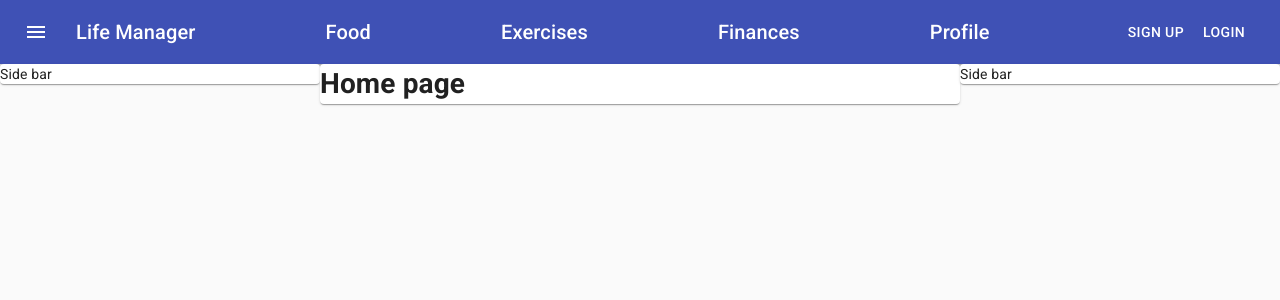
Repository: DaNiels89/lifemanagerreact
Page: /
These files come from the project's save history. The page is drawn as it stood at one moment and after the next save; the edit follows.
The browser window is 1280 px wide. The pictures show the whole page.
The project was rebuilt for these pictures with package versions that can differ from the ones it lists, and the page was loaded fresh each time. Also part of the build but not shown: src/assets/components/2_food/Recipe.js, src/assets/css/Food.css, src/assets/components/2_food/Food.js, src/assets/components/3_exercises/Exercise.js, src/assets/components/4_finances/Finance.js, src/assets/css/UserDetails.css, src/assets/components/5_profile/CountrySelect.js, src/assets/components/5_profile/ErrorMessage.js and 1 more.

Above is the page before, as saved 2020-03-18 15:52:50.

### public/index.html
<!DOCTYPE html>
<html lang="en">
  <head>
    <meta charset="utf-8" />
    <link rel="icon" href="%PUBLIC_URL%/favicon.ico" />
    <meta name="viewport" content="width=device-width, initial-scale=1" />
    <meta name="theme-color" content="#000000" />
    <meta
      name="description"
      content="Web site created using create-react-app"
    />
    <link rel="apple-touch-icon" href="%PUBLIC_URL%/logo192.png" />
    <link rel="manifest" href="%PUBLIC_URL%/manifest.json" />
    <title>Life Manager</title>
  </head>
  <body>
    <noscript>You need to enable JavaScript to run this app.</noscript>
    <div id="root"></div>
  </body>
</html>

### src/App.js
import React from 'react';
import Header from './assets/components/0_layout/Header';
// import UserDetails from './assets/components/UserDetails';

import CssBaseline from '@material-ui/core/CssBaseline';
import 'typeface-roboto';
import { makeStyles } from '@material-ui/core/styles';
import './assets/css/App.css';

const useStyles = makeStyles({
  main: {
    width: '100%'
  }
});

export default function App() {
  const classes = useStyles();

  return (
    <React.Fragment>
      <CssBaseline />
      <div className={classes.main}>
        <Header />
      </div>
    </React.Fragment>
  );
}

### src/assets/components/0_layout/Header.js
import React from 'react';
import {
  BrowserRouter as Router,
  Switch,
  Route
  // Link as RouterLink
} from 'react-router-dom';

import HomePage from '../1_lifemanager/HomePage';
import Food from '../2_food/Food';
import Exercise from '../3_exercises/Exercise';
import Finance from '../4_finances/Finance';
import UserDetails from '../5_profile/UserDetails';

import { makeStyles } from '@material-ui/core/styles';
import AppBar from '@material-ui/core/AppBar';
import Toolbar from '@material-ui/core/Toolbar';
import Link from '@material-ui/core/Link';
import Typography from '@material-ui/core/Typography';
import Button from '@material-ui/core/Button';
import IconButton from '@material-ui/core/IconButton';
import MenuIcon from '@material-ui/icons/Menu';

const useStyles = makeStyles(theme => ({
  header: {
    flexGrow: 1
  },
  menuButton: {
    marginRight: theme.spacing(2)
  },
  title: {
    flexGrow: 1
  }
}));

export default function Header() {
  const classes = useStyles();

  return (
    <Router>
      <div className={classes.header}>
        <AppBar position="static">
          <Toolbar>
            <IconButton
              edge="start"
              className={classes.menuButton}
              color="inherit"
              aria-label="menu"
            >
              <MenuIcon />
            </IconButton>
            <Typography variant="h6" className={classes.title}>
              <Link href="/" color="inherit">
                Life Manager
              </Link>
            </Typography>
            <Typography variant="h6" className={classes.title}>
              <Link href="/food" color="inherit">
                Food
              </Link>
            </Typography>
            <Typography variant="h6" className={classes.title}>
              <Link href="/exercises" color="inherit">
                Exercises
              </Link>
            </Typography>
            <Typography variant="h6" className={classes.title}>
              <Link href="/finances" color="inherit">
                Finances
              </Link>
            </Typography>
            <Typography variant="h6" className={classes.title}>
              <Link href="/profile" color="inherit">
                Profile
              </Link>
            </Typography>
            <Button color="inherit">Sign up</Button>
            <Button color="inherit">Login</Button>
          </Toolbar>
        </AppBar>

        <Switch>
          <Route path="/food">
            <Food />
          </Route>
          <Route path="/exercises">
            <Exercise />
          </Route>
          <Route path="/finances">
            <Finance />
          </Route>
          <Route path="/profile">
            <UserDetails />
          </Route>
          <Route path="/">
            <HomePage />
          </Route>
        </Switch>
      </div>
    </Router>
  );
}

### src/assets/components/1_lifemanager/HomePage.js
import React from 'react';

import { makeStyles } from '@material-ui/core/styles';

import Grid from '@material-ui/core/Grid';
import Paper from '@material-ui/core/Paper';

const useStyles = makeStyles({
  main: {
    width: '100%'
  }
});

export default function Main() {
  const classes = useStyles();

  return (
    <Grid container>
      <Grid item xs={3}>
        <Paper className={classes.paper}>Side bar</Paper>
      </Grid>
      <Grid item xs={6}>
        <Paper className={classes.paper}>
          <h1>Home page</h1>
        </Paper>
      </Grid>
      <Grid item xs={3}>
        <Paper className={classes.paper}>Side bar</Paper>
      </Grid>
    </Grid>
  );
}

Loaded but not shown: src/index.js (common file); src/assets/css/App.css (common file)

After the next save:
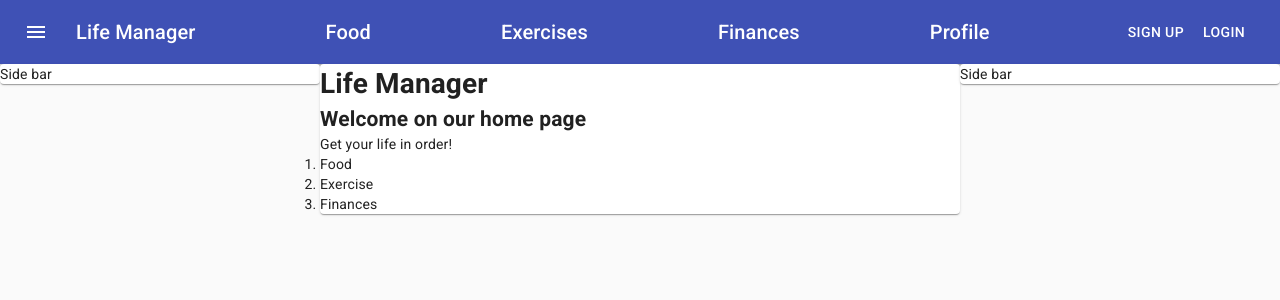
Saved 2 min 5 s later.
--- a/src/assets/components/1_lifemanager/HomePage.js
+++ b/src/assets/components/1_lifemanager/HomePage.js
@@ -21,7 +21,14 @@ export default function Main() {
       </Grid>
       <Grid item xs={6}>
         <Paper className={classes.paper}>
-          <h1>Home page</h1>
+          <h1>Life Manager</h1>
+          <h2>Welcome on our home page</h2>
+          <p>Get your life in order!</p>
+          <ol>
+            <li>Food</li>
+            <li>Exercise</li>
+            <li>Finances</li>
+          </ol>
         </Paper>
       </Grid>
       <Grid item xs={3}>
